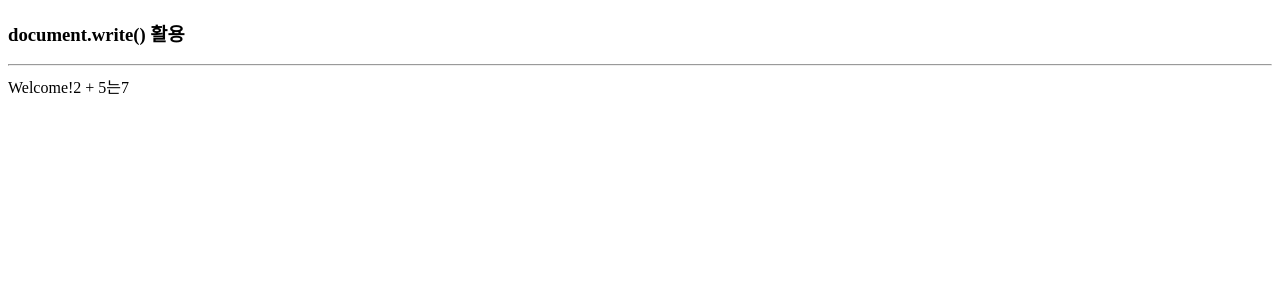
Repository: jin4344/study
Page: write/writetast.html
These files come from the project's save history. The page is drawn as it stood at one moment and after the next save; the edit follows.
The browser window is 1280 px wide. The pictures show the whole page.

Above is the page before, as saved 2023-05-21 15:55:08.

After the next save:
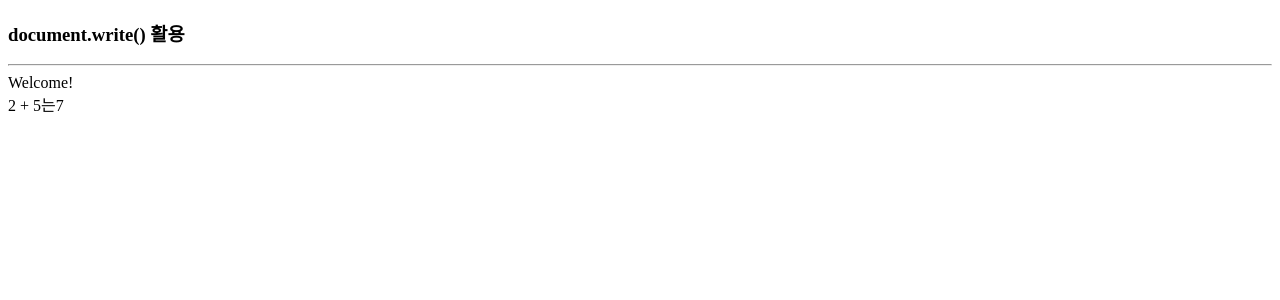
Saved 14 s later.
--- a/write/writetast.html
+++ b/write/writetast.html
@@ -9,7 +9,7 @@
   <body></body>
   <script>
     document.write(`<h3>document.write() 활용</h3><hr>`);
-    document.write(`<span>Welcome!<span>`);
+    document.write(`<span>Welcome!<span><br>`);
     document.write(`<span>2 + 5는</span>`);
     document.write(`<span>${2 + 5}</span>`);
   </script>
